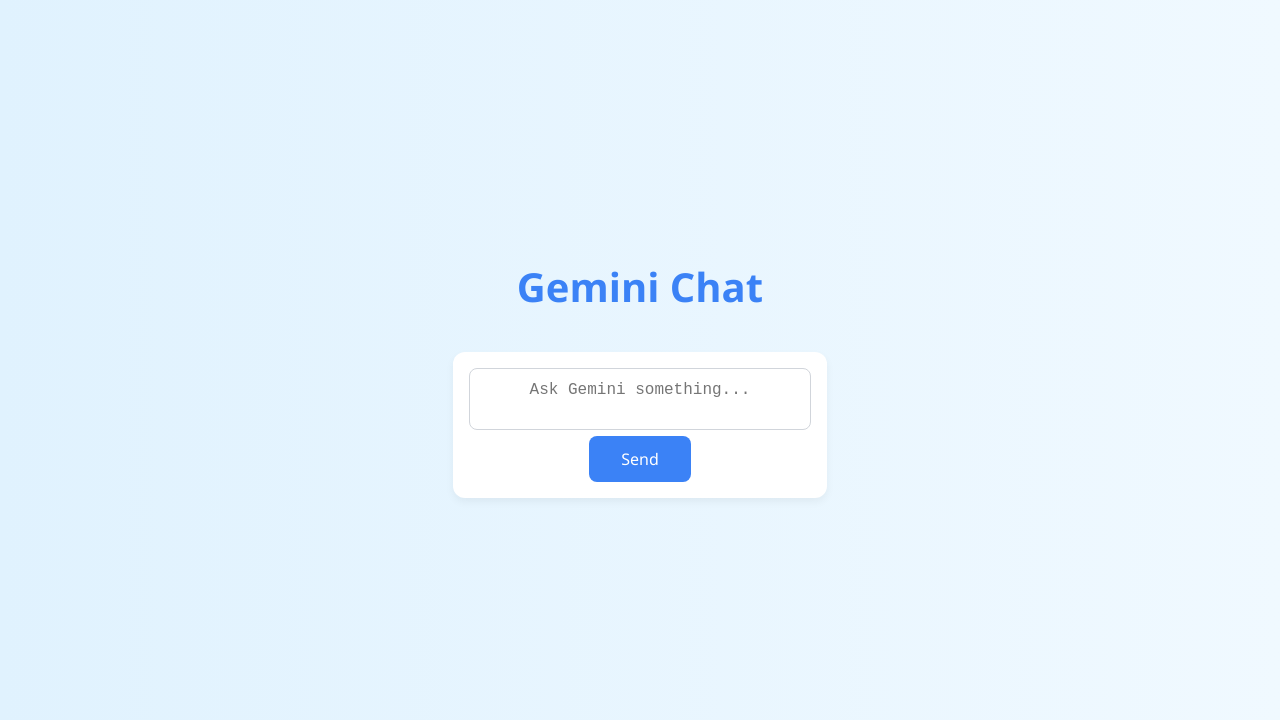
Repository: VanshJaggi12/chatbot1
Page: /
These files come from the project's save history. The page is drawn as it stood at one moment and after the next save; the edit follows.
The browser window is 1280 px wide. The pictures show the whole page.
The project was rebuilt for these pictures with package versions that can differ from the ones it lists, and the page was loaded fresh each time. Also part of the build but not shown: vite.config.js.

Above is the page before, as saved 2026-03-11 01:34:51.

After the next save:
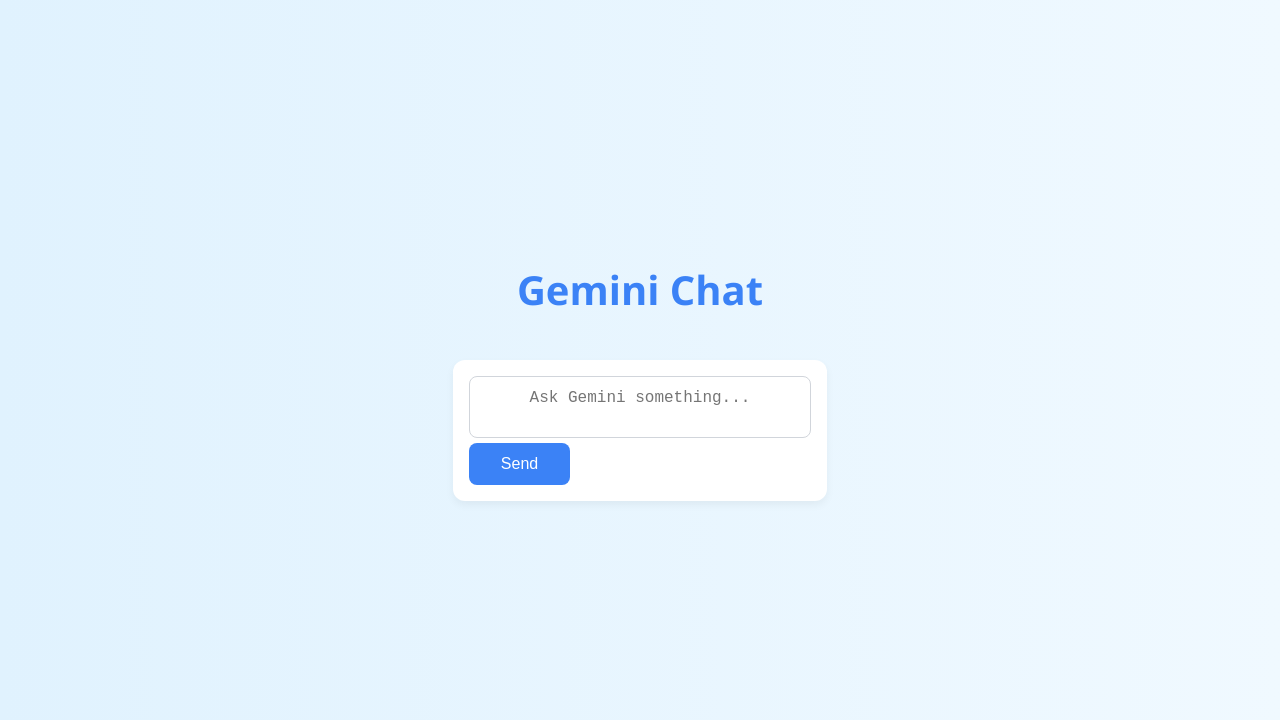
Saved 11 s later.
--- a/src/index.css
+++ b/src/index.css
@@ -1,86 +1,28 @@
-/* index.css (default Vite + React setup) */
+/* src/index.css */
+:root {
+  --bg-gradient: linear-gradient(135deg, #0f172a 0%, #1e293b 100%);
+  --font-main: 'Inter', sans-serif;
+}
 
-#root {
-  max-width: 1280px;
-  margin: 0 auto;
-  padding: 2rem;
-  text-align: center;
+* {
+  box-sizing: border-box;
 }
 
 body {
   margin: 0;
-  font-family: Inter, system-ui, Avenir, Helvetica, Arial, sans-serif;
-  -webkit-font-smoothing: antialiased;
-  -moz-osx-font-smoothing: grayscale;
-  background-color: #f9f9f9;
-  color: #333;
+  padding: 0;
+  display: flex;
+  justify-content: center;
+  align-items: center;
+  min-width: 320px;
+  min-height: 100vh;
+  background: var(--bg-gradient);
+  font-family: var(--font-main);
+  color: #f8fafc;
 }
 
-:root {
-  font-family: system-ui, Avenir, Helvetica, Arial, sans-serif;
-  line-height: 1.5;
-  font-weight: 400;
-
-  color-scheme: light dark;
-  color: rgba(255, 255, 255, 0.87);
-  background-color: #242424;
-
-  font-synthesis: none;
-  text-rendering: optimizeLegibility;
-  -webkit-font-smoothing: antialiased;
-  -moz-osx-font-smoothing: grayscale;
+#root {
+  width: 100%;
+  display: flex;
+  justify-content: center;
 }
-
-a {
-  font-weight: 500;
-  color: #646cff;
-  text-decoration: inherit;
-}
-a:hover {
-  color: #535bf2;
-}
-
-body {
-  margin: 0;
-  display: flex;
-  place-items: center;
-  min-width: 320px;
-  min-height: 100vh;
-}
-
-h1 {
-  font-size: 3.2em;
-  line-height: 1.1;
-}
-
-button {
-  border-radius: 8px;
-  border: 1px solid transparent;
-  padding: 0.6em 1.2em;
-  font-size: 1em;
-  font-weight: 500;
-  font-family: inherit;
-  background-color: #1a1a1a;
-  cursor: pointer;
-  transition: border-color 0.25s;
-}
-button:hover {
-  border-color: #646cff;
-}
-button:focus,
-button:focus-visible {
-  outline: 4px auto -webkit-focus-ring-color;
-}
-
-@media (prefers-color-scheme: light) {
-  :root {
-    color: #213547;
-    background-color: #ffffff;
-  }
-  a:hover {
-    color: #747bff;
-  }
-  button {
-    background-color: #f9f9f9;
-  }
-}
